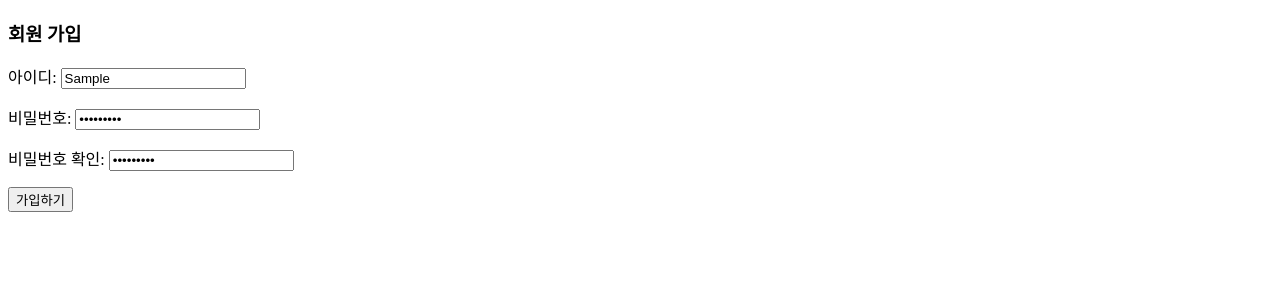
Repository: kiyongee2/kh-jsp
Page: http://localhost/jwbook/validation/regex3.jsp
These files come from the project's save history. The page is drawn as it stood at one moment and after the next save; the edit follows.
The browser window is 1280 px wide. The pictures show the whole page.
Empty fields were first filled with sample values (such as "Sample", 5 or name@example.com).
After loading, the first visible `button` was clicked once.
The page is served by Tomcat 9. Other server files are loaded and not shown.

Above is the page before, as saved 2023-11-23 22:32:07.
Console error: TypeError: Cannot read properties of undefined (reading 'value')

### jwbook/src/main/webapp/validation/regex3.jsp
<%@ page language="java" contentType="text/html; charset=UTF-8"
    pageEncoding="UTF-8"%>
<!DOCTYPE html>
<html>
<head>
<meta charset="UTF-8">
<title>Insert title here</title>
<style>
	ul li{list-style: none; margin: 10px;}
</style>
<script type="text/javascript">
	function checkMember(){
		let form = document.member;
		let id = form.memberId.value;
		let pw1 = form.passwd1.value;
		let pw2 = form.passwd2.value;

		//정규 표현식
		let pw_pat1 = /[0-9]+/   //숫자만
		let pw_pat2 = /[a-zA-Z]+/   //영어만
		let pw_pat3 = /[~!@#$%^&*()_=]+/   //특수문자만

		//이름은 영문자와 한글만 입력되도록 처리
		if(id.length < 4 || id.length > 15){
			alert("아이디는 4~15자까지 입력 가능합니다.");
			form.memberId.select();
			return false;
		}else if(pw1.length < 8 || !pw_pat1.test(pw1)
					|| !pw_pat2.test(pw1) || !pw_pat3.test(pw1)){
			alert("비밀번호는 영문자, 숫자, 특수문자 포함 8자 이상입니다.");
			form.passwd1.select();
			return false;
		}else if(pw1 != pw2){
			alert("비밀번호가 일치하지 않습니다.");
			form.passwd2.select();
			return false;
		}else{
		    form.submit();
		}
	}
</script>
</head>
<body>
	<h3>회원 가입</h3>
	<form action="" method="post" name="member">
		<p>아이디: <input type="text" name="uid">
		<p>비밀번호: <input type="password" name="passwd1">
		<p>비밀번호 확인: <input type="password" name="passwd2">
		<p><button type="button" onclick="checkMember()">가입하기</button>
	</form>
</body>
</html>

After the next save:
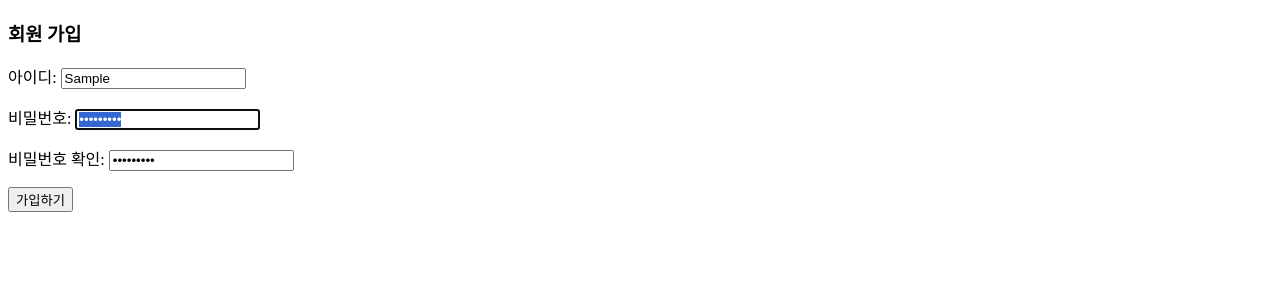
The error is gone.
Saved 8 s later.
--- a/jwbook/src/main/webapp/validation/regex3.jsp
+++ b/jwbook/src/main/webapp/validation/regex3.jsp
@@ -11,7 +11,7 @@
 <script type="text/javascript">
 	function checkMember(){
 		let form = document.member;
-		let id = form.memberId.value;
+		let id = form.uid.value;
 		let pw1 = form.passwd1.value;
 		let pw2 = form.passwd2.value;
 
